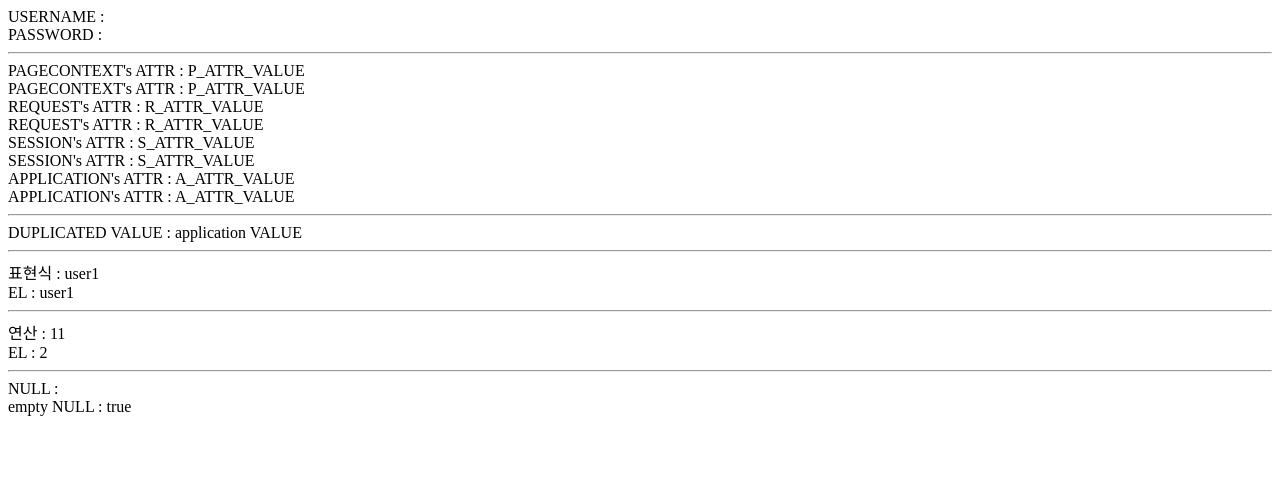
Repository: Leehj9094/JAVA_BOOK-
Page: http://localhost/01JSP/C08/01EL/result.jsp
These files come from the project's save history. The page is drawn as it stood at one moment and after the next save; the edit follows.
The browser window is 1280 px wide. The pictures show the whole page.
The page is served by Tomcat 9. Other server files are loaded and not shown.

Above is the page before, as saved 2025-04-04 02:48:55.

### JSP/01JSP/src/main/webapp/C08/01EL/result.jsp
<%@ page language="java" contentType="text/html; charset=UTF-8"
    pageEncoding="UTF-8"%>
<!DOCTYPE html>
<html>
<head>
<meta charset="UTF-8">
<title>Insert title here</title>
</head>
<body>

<!--
	EL(Expression Language) : 내장객체의 Scope 참조
	PageScope 				: 현재 JSP페이지 내에서만 사용 가능한 속성 / 기능 (관련 내장객체 : pageContext)
	requestScope 			: 하나의 요청 처리동안 (관련 내장객체 : request)
	sessionScope 			: 일정기간 동안(지정된 혹은 기본값) (관련 내장객체 : session)
	applicationScope 		: 서버 종료 시 동안 (관련 내장 객체 application)

 -->
 <%@page import = "C04.UserDto" %>
<%

	pageContext.setAttribute("P_ATTR", "P_ATTR_VALUE");
	request.setAttribute("R_ATTR","R_ATTR_VALUE");
	session.setAttribute("S_ATTR","S_ATTR_VALUE");
	application.setAttribute("A_ATTR", "A_ATTR_VALUE");

	//pageContext.setAttribute("DUP", "PAGECONTEXT VALUE");
	//request.setAttribute("DUP","REQUEST VALUE");
	//session.setAttribute("DUP", "SESSION VALUE");
	application.setAttribute("DUP", "application VALUE");



%>


<!-- EL : PARAM -->

USERNAME : ${param.username } <br/>
PASSWORD : ${param.password } <br/>
<hr/>

<!-- EL : ATTRIBUTE -->

PAGECONTEXT's ATTR : ${P_ATTR }<br/>
PAGECONTEXT's ATTR : ${pageScope.P_ATTR}<br/>
REQUEST's ATTR : ${R_ATTR}<br/>
REQUEST's ATTR : ${requestScope.R_ATTR}<br/>
SESSION's ATTR : ${S_ATTR}<br/>
SESSION's ATTR : ${sessionScope.S_ATTR}<br/>
APPLICATION's ATTR : ${A_ATTR}<br/>
APPLICATION's ATTR : ${applicationScope.A_ATTR}<br/>
<hr />

<!-- EL : ATTRIBUTE(중복값) -->

DUPLICATED VALUE : ${DUP}<br/>
<hr/>

<!-- EL : OBJECT -->
<%
UserDto userDto = new UserDto("user1","1234","ROLE_USER");
request.setAttribute("userDto",userDto);
%>
표현식 : <%=userDto.getUserid() %> <br/>
EL : ${userDto.userid}<br/>
<hr/>

<!-- EL : 연산자 -->
연산 : <%=1+"1" %> <br/>
EL : ${1+"1"} <br/>
<hr/>

<!-- NULL CHECK -->
NULL : ${null}<br/>
empty NULL : ${empty null}<br/>

</body>
</html>

### JSP/01JSP/src/main/java/C04/UserDto.java
package C04;

public class UserDto {

	private String userid;
	private String password;
	private String role;
	// 생성자
	UserDto(){}
	public UserDto(String userid, String password, String role) {
		super();
		this.userid = userid;
		this.password = password;
		this.role = role;
	}
	// getter und setter
	public String getUserid() {
		return userid;
	}
	public void setUserid(String userid) {
		this.userid = userid;
	}
	public String getPassword() {
		return password;
	}
	public void setPassword(String password) {
		this.password = password;
	}
	public String getRole() {
		return role;
	}
	public void setRole(String role) {
		this.role = role;
	}
	// toString
	@Override
	public String toString() {
		return "UserDto [userid=" + userid + ", password=" + password + ", role=" + role + "]";
	}
}

After the next save:
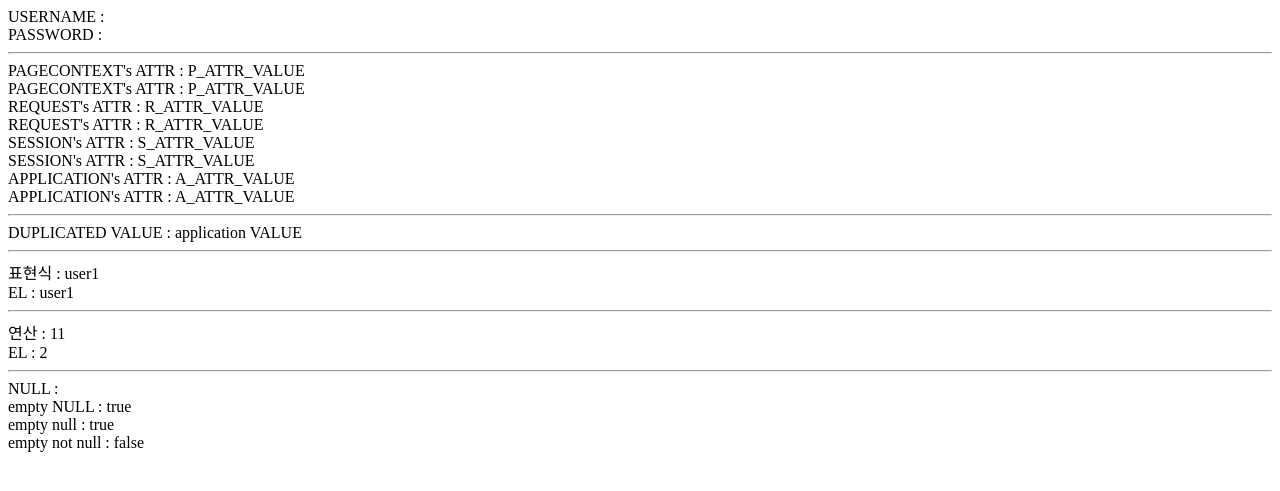
Saved 73 s later.
--- a/JSP/01JSP/src/main/webapp/C08/01EL/result.jsp
+++ b/JSP/01JSP/src/main/webapp/C08/01EL/result.jsp
@@ -75,5 +75,8 @@ EL : ${1+"1"} <br/>
 NULL : ${null}<br/>
 empty NULL : ${empty null}<br/>
 
+empty null : ${empty TEST}<br/>
+empty not null : ${!empty TEST}<br/>
+
 </body>
 </html>
